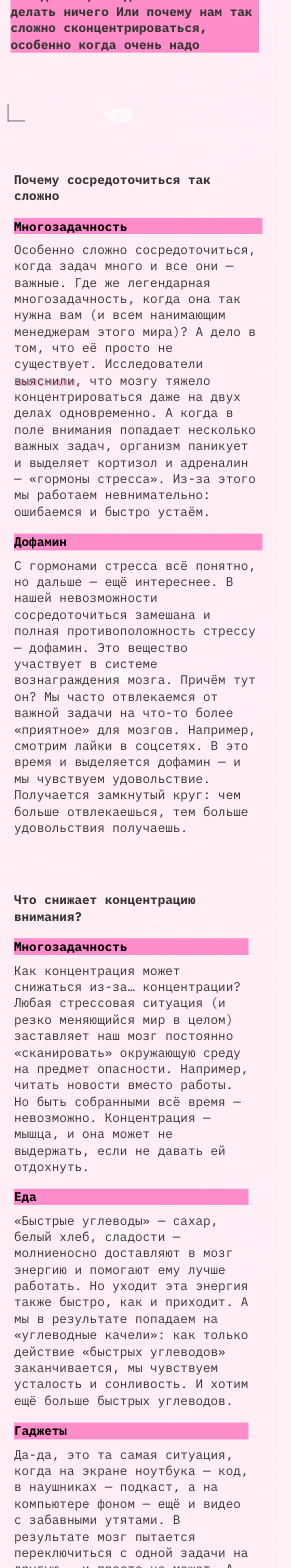
Repository: Hadoooouken/slozhno-sosredotochitsya
Page: index.html
These files come from the project's save history. The page is drawn as it stood at one moment and after a run of saves; the edit follows.
The browser window is 375 px wide. The page is 396 px wide, then 416 px, so the pictures cover 416 px, including what lies to the right of the window. The pictures show the part of the page from y = 615 to 2855 px (the page is 7754 px tall before and 7796 px after), at 70% of full size.
Backgrounds fixed to the window are drawn as part of the page.

Above is the page before, as saved 2024-01-24 21:35:50.

After the next 2 saves:
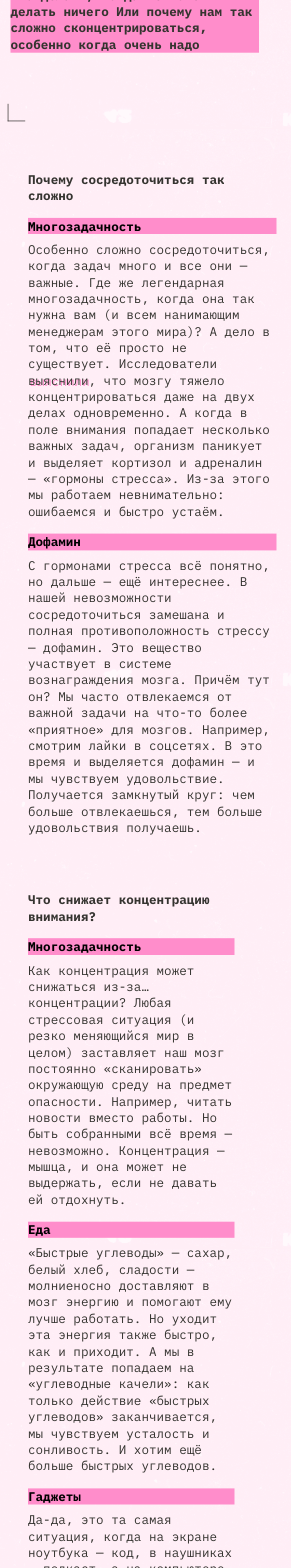
The 2 saves are shown as one change because they came seconds apart.
The last was saved 3 min 13 s later.
--- a/styles/style.css
+++ b/styles/style.css
@@ -358,6 +358,9 @@
     right: 11px;
     top: 11px;
   }
+  .section {
+    padding: 0 40px;
+  }
 
   .decorated-zone::after {
     left: 11px;
